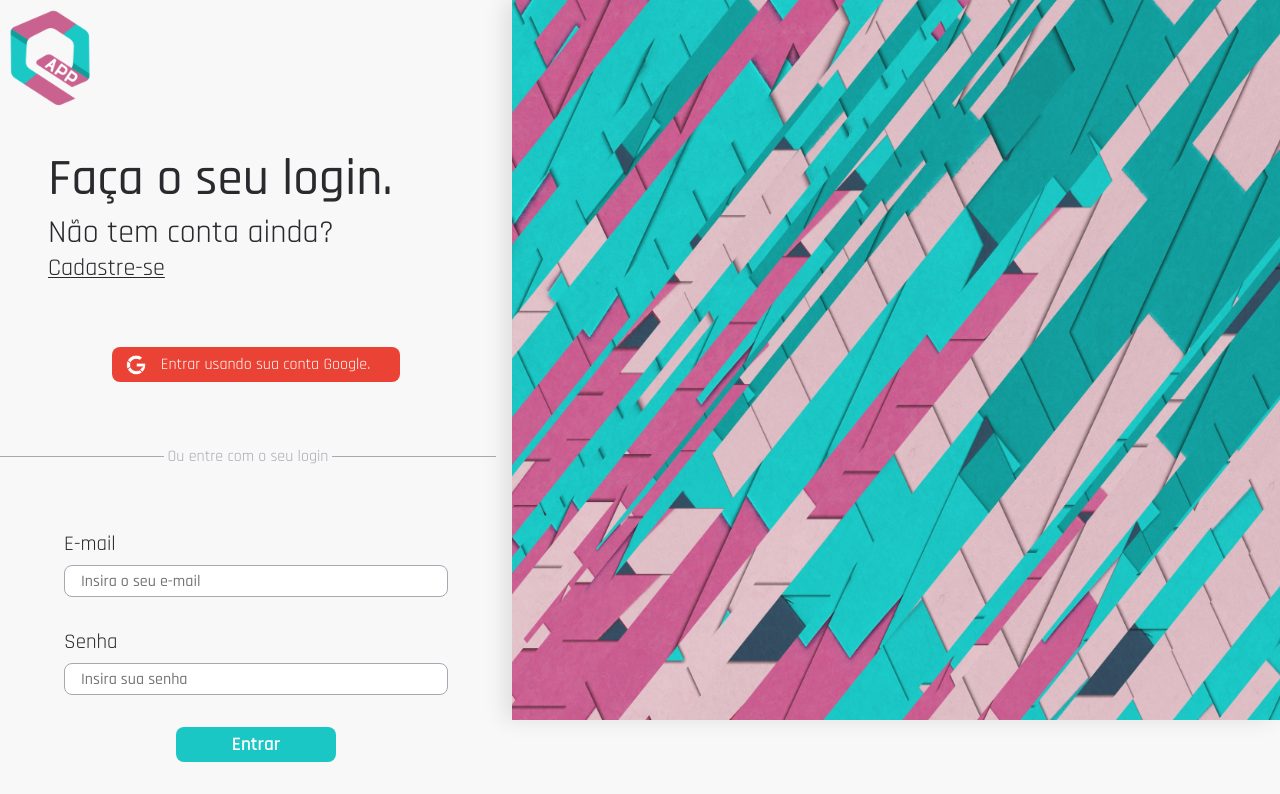
Repository: kika-cavalher/qapp-web
Page: /
These files come from the project's save history. The page is drawn as it stood at one moment and after the next save; the edit follows.
The browser window is 1280 px wide. The pictures show the whole page.
The page's requests for data from a server got no answer. The project was rebuilt for these pictures with package versions that can differ from the ones it lists, and the page was loaded fresh each time. No one was signed in, and anything a server would have sent is missing.

Above is the page before, as saved 2022-02-23 20:57:16.

### public/index.html
<!DOCTYPE html>
<html lang="en">
  <head>
    <meta charset="utf-8" />
    <meta name="viewport" content="width=device-width, initial-scale=1" />

    <link rel="preconnect" href="https://fonts.googleapis.com">
    <link rel="preconnect" href="https://fonts.gstatic.com" crossorigin>
    <link href="https://fonts.googleapis.com/css2?family=Rajdhani:wght@300;400;500;600;700&display=swap" rel="stylesheet">

    <title>QApp</title>
  </head>
  <body>
    <noscript>You need to enable JavaScript to run this app.</noscript>
    <div id="root"></div>
  </body>
</html>

### src/index.tsx
import React from 'react';
import ReactDOM from 'react-dom';
import App from './App';

import './styles/global/defaultStyles.scss';
import './services/firebase'


ReactDOM.render(
  <React.StrictMode>
    <App />
  </React.StrictMode>,
  document.getElementById('root')
);

### src/App.tsx
import { LoginPage } from "./pages/Login";

function App() {
  return (
   <LoginPage />
  );
}

export default App;

### src/styles/global/defaultStyles.scss
* {
    margin: 0;
    padding: 0;
    box-sizing: border-box;
  }

  body {
    background: #f8f8f8;
    color: #29292e;
  }

  body, input, button, textarea {
    font: 400 16px 'Rajdhani', sans-serif;
  }

### src/services/firebase.ts
import { initializeApp } from "firebase/app";
import { getAuth } from "firebase/auth";
import { getFirestore } from 'firebase/firestore/lite';


const firebaseConfig = {
    apiKey: process.env.REACT_APP_API_KEY,
    authDomain: process.env.REACT_APP_AUTH_DOMAIN,
    databaseURL: process.env.REACT_APP_DATABASE_URL,
    projectId: process.env.REACT_APP_PROJECT_ID,
    storageBucket: process.env.REACT_APP_STORAGE_BUCKET,
    messagingSenderId: process.env.REACT_APP_MESSAGING_SENDER_ID,
    appId: process.env.REACT_APP_APP_ID
  };

const app = initializeApp(firebaseConfig);

export const auth = getAuth();
export const db = getFirestore(app);

### src/pages/Login.tsx
// import { Link } from 'react-router-dom'

import imgLogin from '../assets/images/imgLogin.jpg';
import logoQapp from '../assets/images/logoQapp.png';
import googleIconImg from '../assets/icon/googleIconImg.png';

import '../styles/pages/login.scss'

export function LoginPage() {
    return (
        <div id="page-login">
            <main>
                <div className='page-login--main__container'>
                    <div className='page-login--main__logo'>
                        <img id="img-logo" src={logoQapp} alt="Logo da empresa QApp" />
                    </div>
                    <div className='page-login--main__title'>
                        <h1>Faça o seu login.</h1>
                        <h2>Não tem conta ainda? </h2>
                        <p className='page-login--main__link-register'>
                        Cadastre-se
                        </p>
                        {/* <Link to="/">Cadastre-se</Link> */}
                    </div>
                    <div className='page-login--main__google'>
                        <button className='btn__google'>
                            <img id="img-icon__google" src={googleIconImg} alt="Logo da empresa QApp" />
                            <p>Entrar usando sua conta Google.</p>
                        </button>
                    </div>
                    <div className='page-login--main__divider'>
                        <div>Ou entre com o seu login</div>
                    </div>
                    <div className='page-login--main__login-forms'>
                        <form>
                            <div className='page-login--login-forms__name'>
                                <p>E-mail</p>
                                <input type="text" placeholder="Insira o seu e-mail"/>
                            </div>
                            <div className='page-login--login-forms__password'>
                                <p>Senha</p>
                                <input type="text" placeholder="Insira sua senha"/>
                            </div>
                            <div className='btn__send'>
                                <button type="submit">Entrar</button>
                            </div>
                        </form>
                    </div>
                </div>

                <div className='page-login--main__img'>
                    <img src={imgLogin} alt="Imagem decorativa na pagina" />
                </div>
            </main>
        </div>
    )
}

### src/styles/pages/login.scss
#page-login {
    display: flex;
    height: 100vh;
    background: #f8f8f8;
}

main{
    display: flex;
    flex-direction: row;
}

.page-login--main__container {
    width: 40vw;
    display: flex;
    flex-direction: column;
}

.page-login--main__logo {

    #img-logo {
    width: 100px;
    margin-top: 0.5rem;
    }
}

.page-login--main__title {
    display: flex;
    flex-direction: column;
    margin: 2rem 3rem;

    h1 {
        font-size: 3.2rem;
        font-weight: 500;
    }

    h2 {
        font-size: 2rem;
        font-weight: 400;
    }

    .page-login--main__link-register {
        font-size: 1.5rem;
        font-weight: 400;
        text-decoration: underline 1px;
        text-underline-position: from-font;
        }
}

.page-login--main__google {
    display: flex;
    margin: 2rem 0;
    align-self: center;
    width: 18rem;

    .btn__google {
        display: flex;
        flex-direction: row;
        width: 100%;
        height: 35px;
        align-items: center;
        background: #ea4335;
        color: #FFF;
        border-radius: 8px;
        cursor: pointer;
        border: 0;
        transition: filter 0.2s;

        #img-icon__google {
            width: 20px;
            margin: 0 5%;
        }
    }
}

.page-login--main__divider {
    font-size: 1rem;
    color: #a8a8b3;

    margin: 2rem 1rem 2rem 0;
    display: flex;
    align-items: center;

    &::before {
      content: '';
      flex: 1;
      height: 1px;
      background: #a8a8b3;
      margin-right: 0.2rem;
    }

    &::after {
      content: '';
      flex: 1;
      height: 1px;
      background: #a8a8b3;
      margin-left: 0.2rem;
    }
}

.page-login--main__login-forms {
    width: 100%;
    display: flex;
    justify-content: center;

    form {
        display: flex;
        flex-direction: column;
        align-items: center;
        margin: 2rem 0;
        width: 75%;
        max-width: 25rem;
    }
}

.page-login--login-forms__name{
    width: 100%;

    p {
        font-size: 1.3rem
    }

    input {
        width: 100%;
        height: 2rem;
        border-radius: 8px;
        padding: 0 16px;
        background: #FFF;
        border: 1px solid #a8a8b3;
        margin: 0.5rem 0;
        color: #515158;
        font-weight: 500;
        outline: none;

        &:hover {
            border: 2px solid #11a09e;
        }

        &:focus-visible {
            border: 2px solid #11a09e;
        }
    }
}

.page-login--login-forms__password{
    margin: 1.5rem 0;
    width: 100%;

    p {
        font-size: 1.3rem
    }

    input {
        width: 100%;
        height: 2rem;
        border-radius: 8px;
        padding: 0 16px;
        background: #FFF;
        border: 1px solid #a8a8b3;
        margin: 0.5rem 0;
        color: #515158;
        font-weight: 500;
        outline: none;

        &:hover {
            border: 2px solid #11a09e;
        }

        &:focus-visible {
            border: 2px solid #11a09e;
        }
    }
}

.btn__send {

    button {
    display: flex;
    flex-direction: row;
    width: 10rem;
    height: 35px;
    align-items: center;
    background: #1ac7c5;
    color: #FFF;
    border-radius: 8px;
    cursor: pointer;
    border: 0;
    font-weight: 600;
    font-size: 1.2rem;
    justify-content: center;
    }
}


.page-login--main__img {

    img {
    height: 100vh;
    width: 60vw;
    box-shadow: -8px 0px 20px rgba(0, 0, 0, 0.1);
    }
}

After the next save:
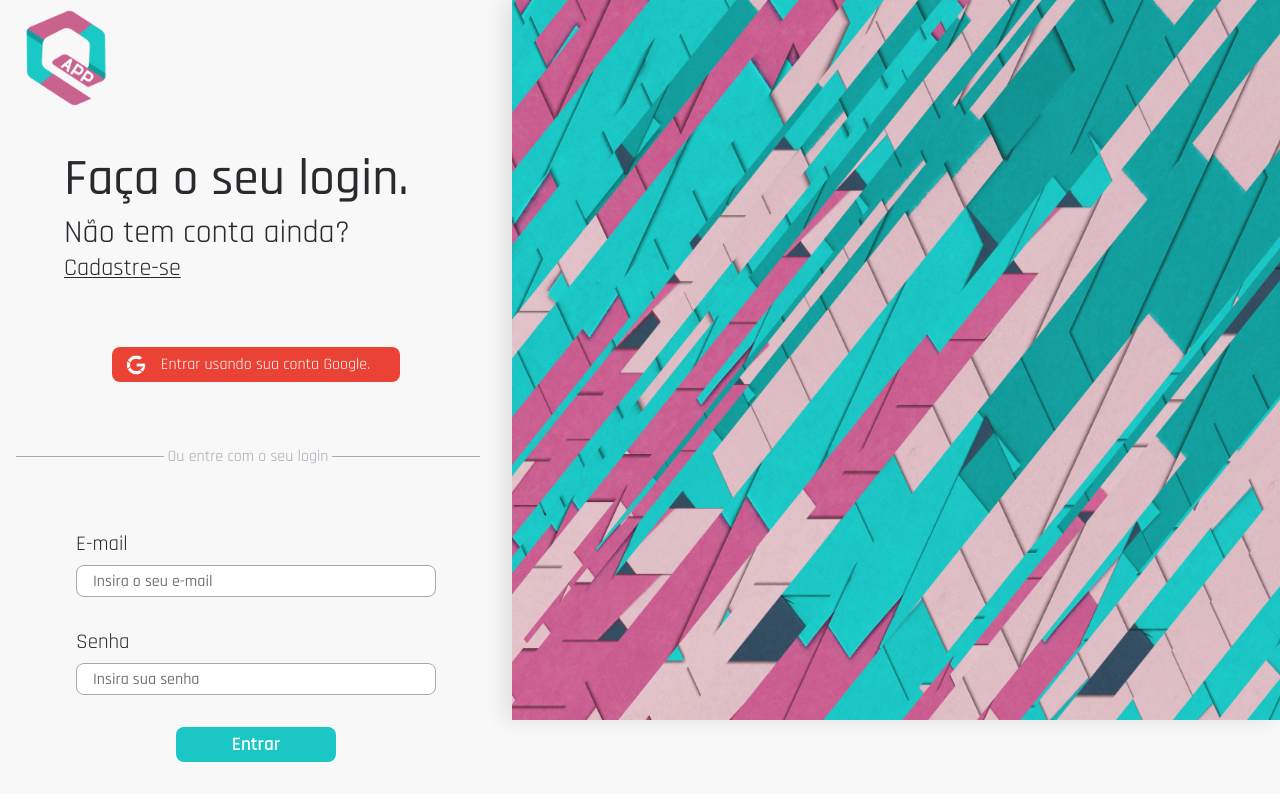
Saved 52 s later.
--- a/src/styles/pages/login.scss
+++ b/src/styles/pages/login.scss
@@ -13,6 +13,7 @@ main{
     width: 40vw;
     display: flex;
     flex-direction: column;
+    padding: 0 1rem;
 }
 
 .page-login--main__logo {
